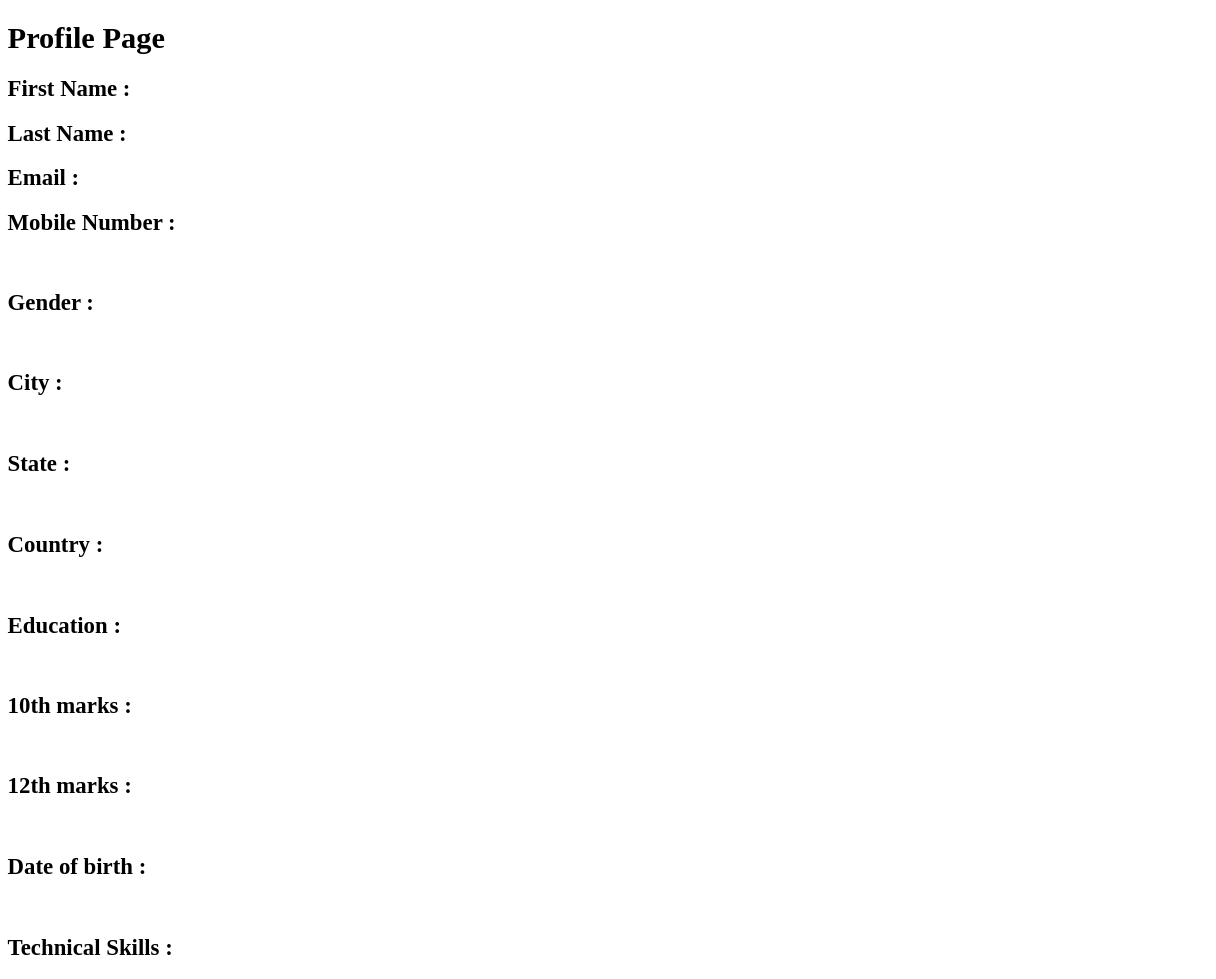
Repository: aboli-vyas/Servlet_Projects
Page: http://localhost/Sevlet_Project/Profile.jsp
The author's editor kept a copy of each file at every save. The page is drawn from the files as they stood at one save, then again after a run of saves.
The browser window is 1280 px wide. The pictures show the whole page, at 95% of full size.
The page is served by Tomcat 10. The template is opened directly, without the code that normally fills it, so the values that code supplies are empty.

Above is the page before, as saved 2025-06-10 07:57:18.

After the next 3 saves:
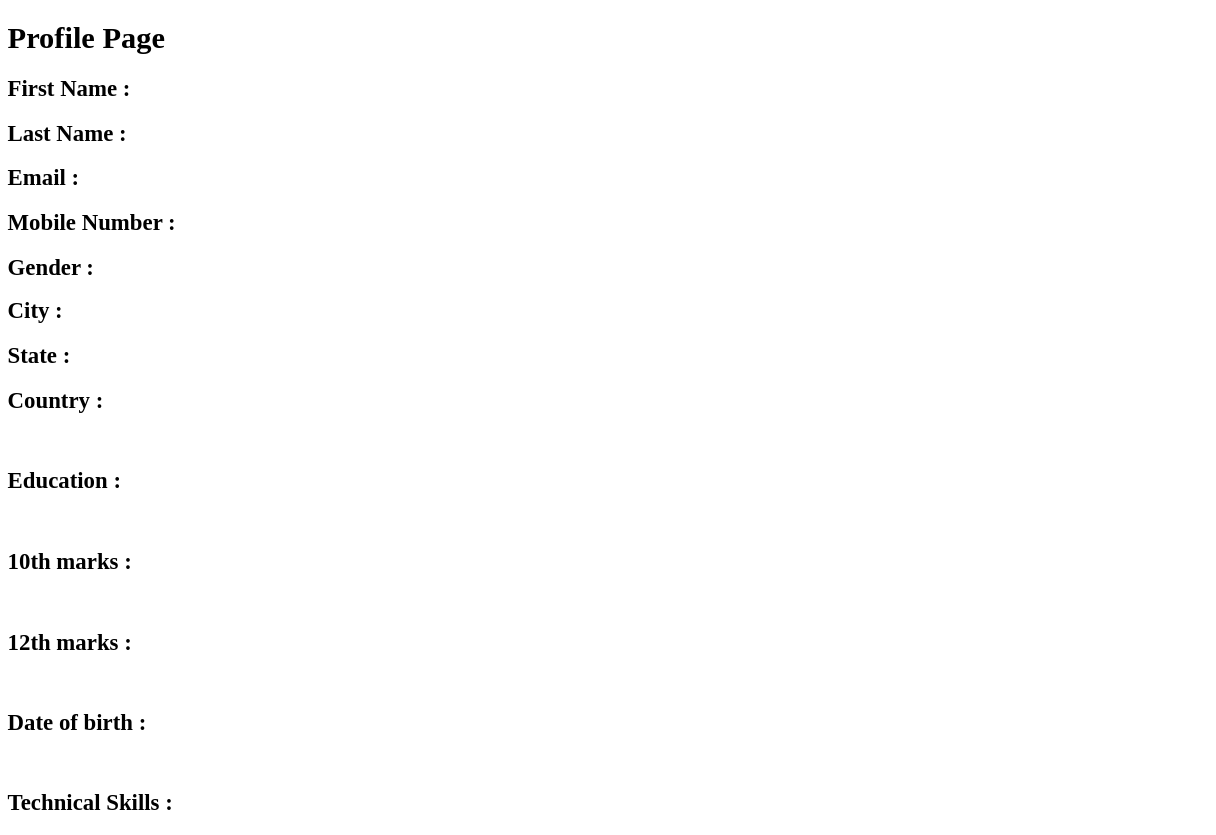
The 3 saves are shown as one change because they came seconds apart.
The last was saved 12 s later.
--- a/Sevlet_Project/src/main/webapp/Profile.jsp
+++ b/Sevlet_Project/src/main/webapp/Profile.jsp
@@ -17,13 +17,13 @@
 	<h2>Email :${Email}</h2>
 
 	<h2>Mobile Number :${Mobile_Number}</h2>
-	<br>
+
 	<h2>Gender :${Gender}</h2>
-	<br>
+
 	<h2>City :${City}</h2>
-	<br>
+
 	<h2>State :${State}</h2>
-	<br>
+
 	<h2>Country :${Country}</h2>
 	<br>
     <h2>Education :${Education}</h2>
